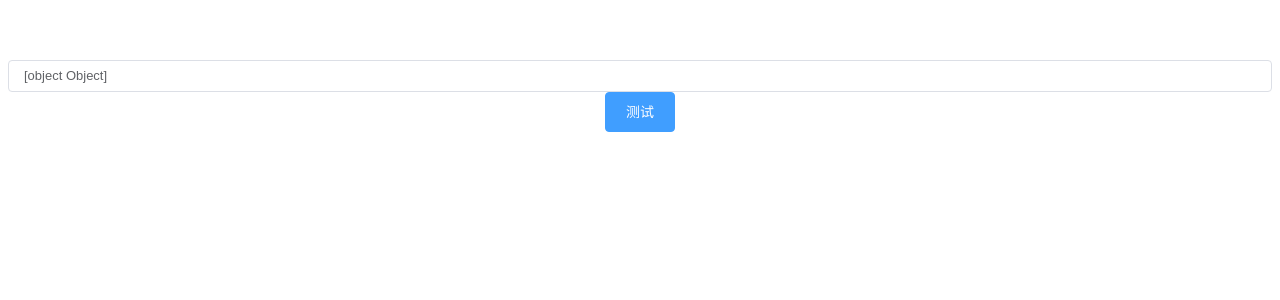
Repository: liuzhilin-lzl/vue-project
Page: /
An editor plug-in stored every save of this project. The page is shown before and after a run of saves, followed by the edit.
The browser window is 1280 px wide. The pictures show the whole page.
The project was rebuilt for these pictures with package versions that can differ from the ones it lists, and the page was loaded fresh each time.

Above is the page before, as saved 2021-11-20 20:57:39.

After the next 2 saves:
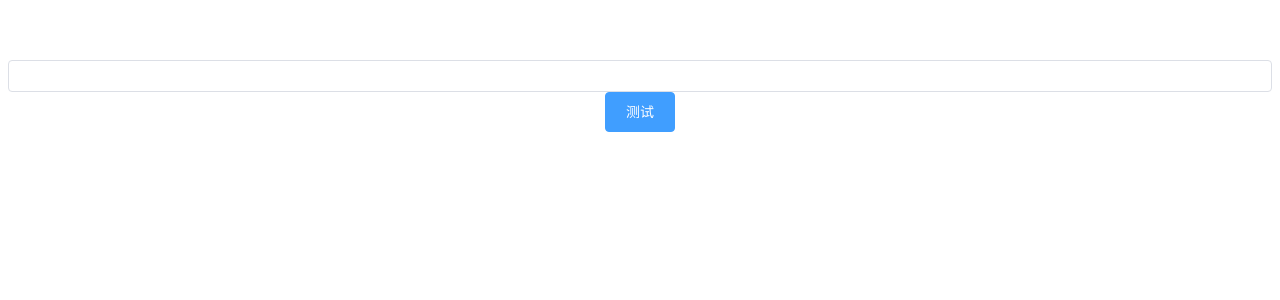
The 2 saves are shown as one change because they came seconds apart.
The last was saved 6 s later.
--- a/src/components/selectModal/InputModal.vue
+++ b/src/components/selectModal/InputModal.vue
@@ -34,7 +34,7 @@
 
   },
   mounted() {
-    this.value = { ...this}
+    this.value = { ...this.default-value}
   },
   methods: {
     updateVal(val){

After the save that followed:
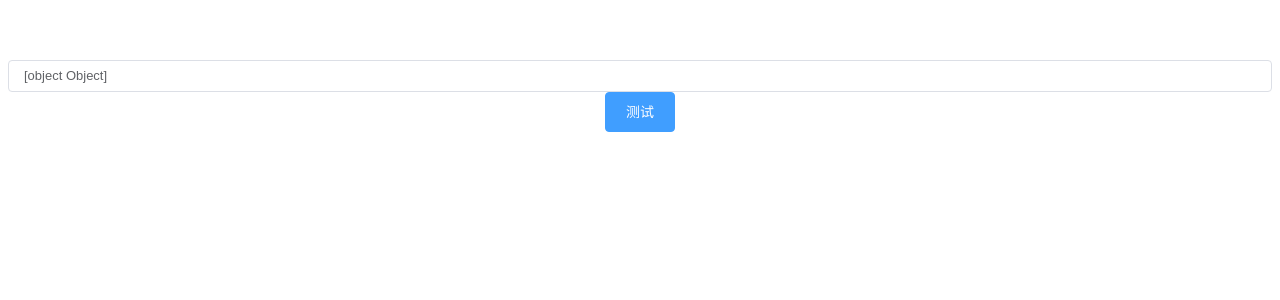
Saved 4 s later.
--- a/src/components/selectModal/InputModal.vue
+++ b/src/components/selectModal/InputModal.vue
@@ -34,7 +34,7 @@
 
   },
   mounted() {
-    this.value = { ...this.default-value}
+    this.value = { ...this.defaultValue}
   },
   methods: {
     updateVal(val){
